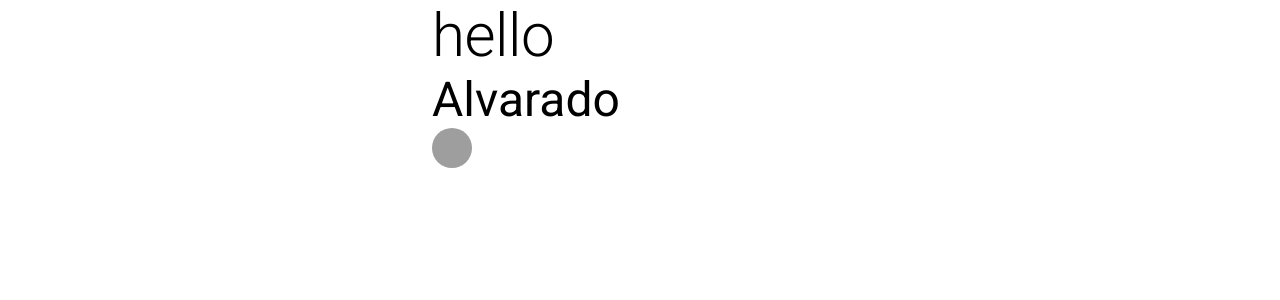
Repository: GokulDev4U/Immence_task
Page: /
These files come from the project's save history. The page is drawn as it stood at one moment and after the next save; the edit follows.
The browser window is 1280 px wide. The pictures show the whole page.
Pictures or frames that could not be fetched are drawn as grey boxes. The project was rebuilt for these pictures with package versions that can differ from the ones it lists, and the page was loaded fresh each time. Also part of the build but not shown: src/App.css.

Above is the page before, as saved 2022-05-07 14:54:02.

### public/index.html
<!DOCTYPE html>
<html lang="en">
  <head>
    <meta charset="utf-8" />
    <link rel="icon" href="%PUBLIC_URL%/favicon.ico" />
    <meta name="viewport" content="width=device-width, initial-scale=1" />
    <meta name="theme-color" content="#000000" />
    <meta
      name="description"
      content="Web site created using create-react-app"
    />
    <link rel="apple-touch-icon" href="%PUBLIC_URL%/logo192.png" />
    <link
  rel="stylesheet"
  href="https://fonts.googleapis.com/css?family=Roboto:300,400,500,700&display=swap"
/>
<link
  rel="stylesheet"
  href="https://fonts.googleapis.com/icon?family=Material+Icons"
/>
    <!--
      manifest.json provides metadata used when your web app is installed on a
      user's mobile device or desktop. See https://developers.google.com/web/fundamentals/web-app-manifest/
    -->
    <link rel="manifest" href="%PUBLIC_URL%/manifest.json" />
    <!--
      Notice the use of %PUBLIC_URL% in the tags above.
      It will be replaced with the URL of the `public` folder during the build.
      Only files inside the `public` folder can be referenced from the HTML.

      Unlike "/favicon.ico" or "favicon.ico", "%PUBLIC_URL%/favicon.ico" will
      work correctly both with client-side routing and a non-root public URL.
      Learn how to configure a non-root public URL by running `npm run build`.
    -->
    <title>React App</title>
  </head>
  <body>
    <noscript>You need to enable JavaScript to run this app.</noscript>
    <div id="root"></div>
    <!--
      This HTML file is a template.
      If you open it directly in the browser, you will see an empty page.

      You can add webfonts, meta tags, or analytics to this file.
      The build step will place the bundled scripts into the <body> tag.

      To begin the development, run `npm start` or `yarn start`.
      To create a production bundle, use `npm run build` or `yarn build`.
    -->
  </body>
</html>

### src/App.js
import "./App.css";
import { BrowserRouter, Routes, Route } from "react-router-dom";
import Home from "./components/Home/Home";

function App() {
  return (
    <div className="App">
      <BrowserRouter>
        <Routes>
          {/* <Route path="/" element={<App />}> */}
          <Route index element={<Home />} />
          {/* </Route> */}
        </Routes>
      </BrowserRouter>
    </div>
  );
}

export default App;

### src/components/Home/Home.jsx
import React from 'react';
import IconButton from '@mui/material/IconButton';
import Typography from '@mui/material/Typography';
import Avatar from '@mui/material/Avatar';
import Grid from '@mui/material/Grid';
import Box from '@mui/material/Box';

const Home = () => {


    return (<>
        <Box sx={{ flexGrow: 1 }}>
            <Grid container spacing={2}>
                <Grid item xs={4}></Grid>
                <Grid item xs={4}>
                    <div className="home-intro-user">
                        <div className="home-intro-user-text">
                            <Typography variant="h2">hello</Typography>
                            <Typography variant="h3">Alvarado</Typography>
                        </div>
                        <div className="home-intro-user-image">
                            <Avatar alt="Remy Sharp" src="https://static.remove.bg/remove-bg-web/a8b5118d623a6b3f4b7813a78c686de384352145/assets/start_remove-c851bdf8d3127a24e2d137a55b1b427378cd17385b01aec6e59d5d4b5f39d2ec.png" />
                        </div>
                    </div>
                </Grid>
                <Grid item xs={4}></Grid>
            </Grid>
        </Box>
    </>
    );
};

export default Home;;

Loaded but not shown: src/index.js (common file); src/index.css (common file); src/reportWebVitals.js (common file)

After the next save:
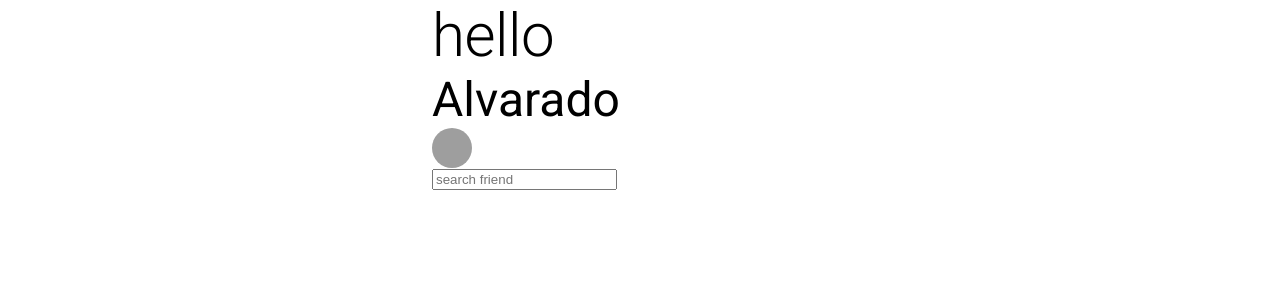
Saved 8 s later.
--- a/src/components/Home/Home.jsx
+++ b/src/components/Home/Home.jsx
@@ -22,6 +22,9 @@ const Home = () => {
                             <Avatar alt="Remy Sharp" src="https://static.remove.bg/remove-bg-web/a8b5118d623a6b3f4b7813a78c686de384352145/assets/start_remove-c851bdf8d3127a24e2d137a55b1b427378cd17385b01aec6e59d5d4b5f39d2ec.png" />
                         </div>
                     </div>
+                    <div>
+                        <input type="text" placeholder='search friend' />
+                    </div>
                 </Grid>
                 <Grid item xs={4}></Grid>
             </Grid>
